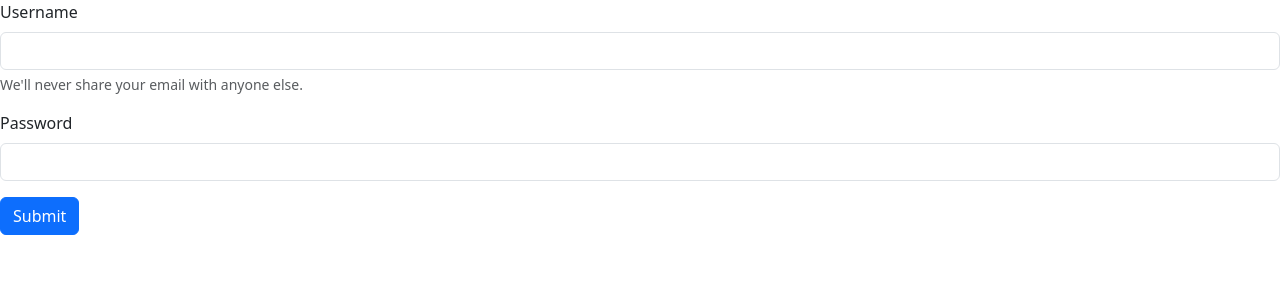
Repository: sarathraj2002/todo-list
Page: index.html
An editor plug-in stored every save of this project. The page is shown before and after the next save, followed by the edit.
The browser window is 1280 px wide. The pictures show the whole page.

Above is the page before, as saved 2024-09-05 09:48:27.

### index.html
<!DOCTYPE html>
<html lang="en">
<head>
    <meta charset="UTF-8">
    <meta name="viewport" content="width=device-width, initial-scale=1.0">
    <title>Document</title>
    <link rel="stylesheet" href="style.css">
    <link rel="stylesheet" href="bootstrap.min.css">
</head>
<body>
    <form>
        <div class="mb-3">
          <label for="exampleInputusername1" class="form-label">Username</label>
          <input type="email" class="form-control" id="exampleInputEmail1" aria-describedby="emailHelp">
          <div id="emailHelp" class="form-text">We'll never share your email with anyone else.</div>
        </div>
        <div class="mb-3">
          <label for="exampleInputPassword1" class="form-label">Password</label>
          <input type="password" class="form-control" id="exampleInputPassword1">
        </div>

        <button type="submit" class="btn btn-primary">Submit</button>
      </form>
</body>
</html>

Loaded but not shown: bootstrap.min.css (library); style.css (no stored copy; drawn as an empty file)

After the next save:
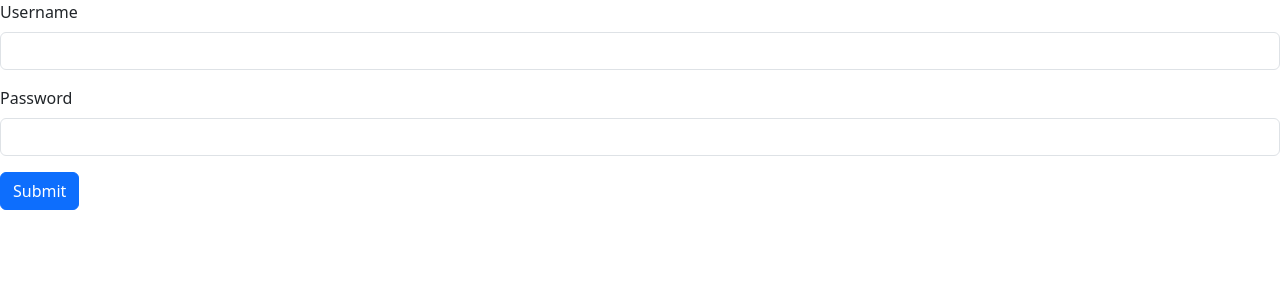
Saved 15 s later.
--- a/index.html
+++ b/index.html
@@ -12,7 +12,7 @@
         <div class="mb-3">
           <label for="exampleInputusername1" class="form-label">Username</label>
           <input type="email" class="form-control" id="exampleInputEmail1" aria-describedby="emailHelp">
-          <div id="emailHelp" class="form-text">We'll never share your email with anyone else.</div>
+
         </div>
         <div class="mb-3">
           <label for="exampleInputPassword1" class="form-label">Password</label>
